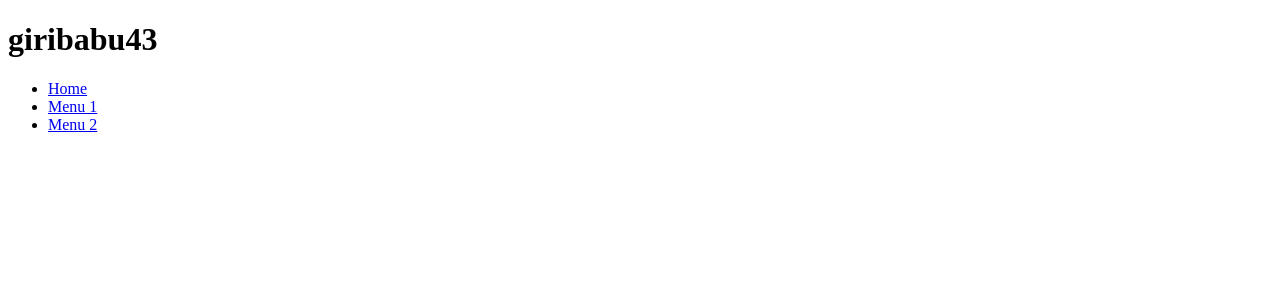
Repository: giribabu1997/html-layout
Page: practice.html
An editor plug-in stored every save of this project. The page is shown before and after a run of saves, followed by the edit.
The browser window is 1280 px wide. The pictures show the whole page.

Above is the page before, as saved 2019-06-26 20:14:51.

### practice.html
<!DOCTYPE html>
<html lang="en">
<head>
    <meta charset="UTF-8">
    <meta name="viewport" content="width=device-width, initial-scale=no">
    <meta http-equiv="X-UA-Compatible" content="ie=edge">
    <title>giribabu43</title>
    <link href="giri.css"/>
    <h1>giribabu43</h1>


</head>
<body>
        <ul class="nav nav-tabs">
                <li class="nav-item">
                  <a class="nav-link active" href="#home">Home</a>
                </li>
                <li class="nav-item">
                  <a class="nav-link" href="#menu1">Menu 1</a>
                </li>
                <li class="nav-item">
                  <a class="nav-link" href="#menu2">Menu 2</a>
                </li>
              </ul>
</body>
</html>

After the next 2 saves:
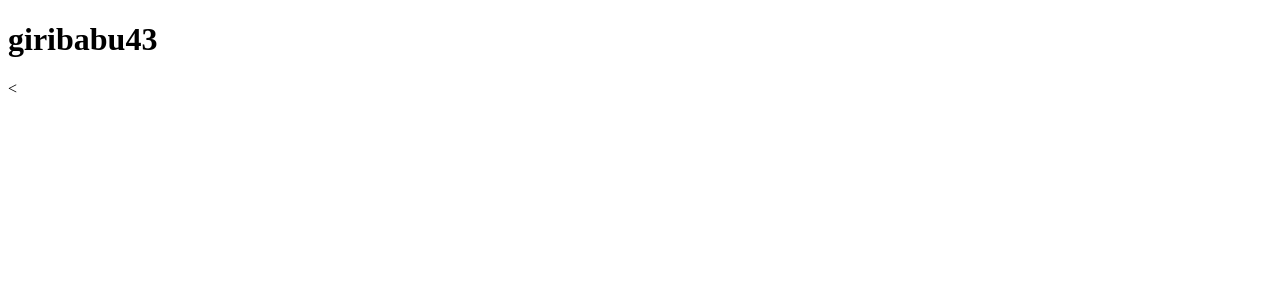
The 2 saves are shown as one change because they came seconds apart.
The last was saved 32 s later.
--- a/practice.html
+++ b/practice.html
@@ -7,20 +7,10 @@
     <title>giribabu43</title>
     <link href="giri.css"/>
     <h1>giribabu43</h1>
-
+<
 
 </head>
 <body>
-        <ul class="nav nav-tabs">
-                <li class="nav-item">
-                  <a class="nav-link active" href="#home">Home</a>
-                </li>
-                <li class="nav-item">
-                  <a class="nav-link" href="#menu1">Menu 1</a>
-                </li>
-                <li class="nav-item">
-                  <a class="nav-link" href="#menu2">Menu 2</a>
-                </li>
-              </ul>
+
 </body>
 </html>
